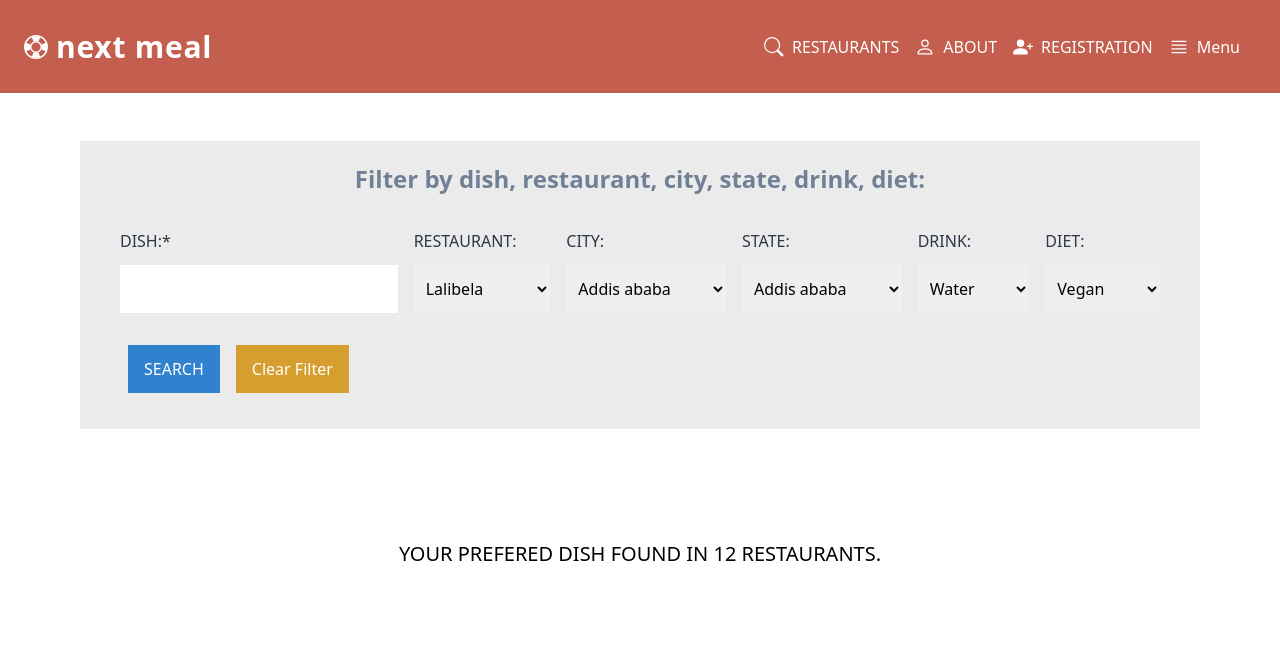
Repository: layzrd/nextmeal
Page: public/result.html
The author's editor kept a copy of each file at every save. The page is drawn from the files as they stood at one save, then again after the next save.
The browser window is 1280 px wide. The pictures show the part of the page from y = 0 to 649 px (the page is 1906 px tall).
Pictures or frames that could not be fetched are drawn as grey boxes. Some web libraries are served in a nearby version.

Above is the page before, as saved 2020-06-26 18:36:08.

After the next save:
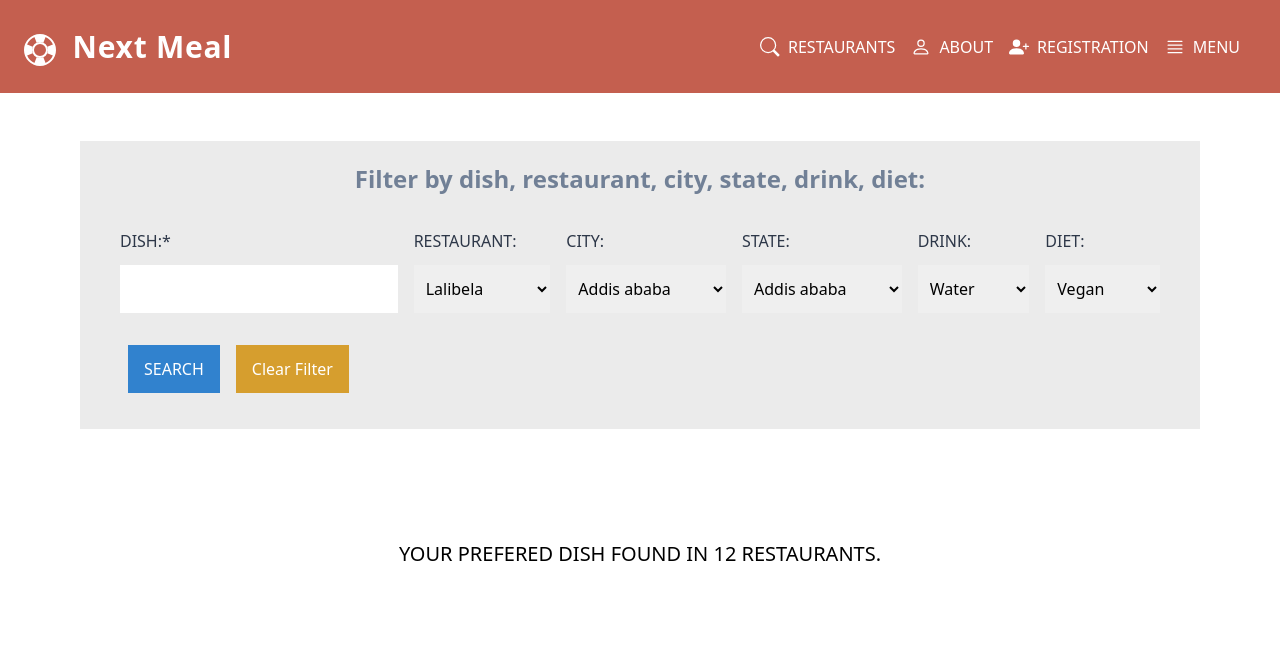
Saved 8 s later.
--- a/public/result.html
+++ b/public/result.html
@@ -13,13 +13,14 @@
       <header class="bg-prime">
         <nav class="flex items-center justify-center md:justify-start lg:justify-between flex-wrap p-6">
           <div class="flex items-center flex-shrink-0 text-white mr-6">
-            <svg class="h-6 w-6 mr-2" viewBox="0 0 16 16" fill="currentColor" xmlns="http://www.w3.org/2000/svg">
-              <path fill-rule="evenodd" d="M8 15A7 7 0 1 0 8 1a7 7 0 0 0 0 14zm0 1A8 8 0 1 0 8 0a8 8 0 0 0 0 16z" />
-              <path fill-rule="evenodd" d="M8 11a3 3 0 1 0 0-6 3 3 0 0 0 0 6zm0 1a4 4 0 1 0 0-8 4 4 0 0 0 0 8z" />
-              <path
-                d="M11.642 6.343L15 5v6l-3.358-1.343A3.99 3.99 0 0 0 12 8a3.99 3.99 0 0 0-.358-1.657zM9.657 4.358L11 1H5l1.343 3.358A3.985 3.985 0 0 1 8 4c.59 0 1.152.128 1.657.358zM4.358 6.343L1 5v6l3.358-1.343A3.985 3.985 0 0 1 4 8c0-.59.128-1.152.358-1.657zm1.985 5.299L5 15h6l-1.343-3.358A3.984 3.984 0 0 1 8 12a3.99 3.99 0 0 1-1.657-.358z" />
-            </svg>
-            <span class="font-semibold text-3xl lowercase tracking-wide">Next Meal</span>
+            <a href="index.html" class="font-semibold text-3xl capitalize tracking-wide">
+              <svg class="h-8 w-8 mr-2 inline-block" viewBox="0 0 16 16" fill="currentColor" xmlns="http://www.w3.org/2000/svg">
+                <path fill-rule="evenodd" d="M8 15A7 7 0 1 0 8 1a7 7 0 0 0 0 14zm0 1A8 8 0 1 0 8 0a8 8 0 0 0 0 16z" />
+                <path fill-rule="evenodd" d="M8 11a3 3 0 1 0 0-6 3 3 0 0 0 0 6zm0 1a4 4 0 1 0 0-8 4 4 0 0 0 0 8z" />
+                <path
+                  d="M11.642 6.343L15 5v6l-3.358-1.343A3.99 3.99 0 0 0 12 8a3.99 3.99 0 0 0-.358-1.657zM9.657 4.358L11 1H5l1.343 3.358A3.985 3.985 0 0 1 8 4c.59 0 1.152.128 1.657.358zM4.358 6.343L1 5v6l3.358-1.343A3.985 3.985 0 0 1 4 8c0-.59.128-1.152.358-1.657zm1.985 5.299L5 15h6l-1.343-3.358A3.984 3.984 0 0 1 8 12a3.99 3.99 0 0 1-1.657-.358z" />
+              </svg>
+              Next Meal</a>
           </div>
 
           <div
@@ -54,7 +55,7 @@
                   <path fill-rule="evenodd"
                     d="M2 12.5a.5.5 0 0 1 .5-.5h11a.5.5 0 0 1 0 1h-11a.5.5 0 0 1-.5-.5zm0-3a.5.5 0 0 1 .5-.5h11a.5.5 0 0 1 0 1h-11a.5.5 0 0 1-.5-.5zm0-3a.5.5 0 0 1 .5-.5h11a.5.5 0 0 1 0 1h-11a.5.5 0 0 1-.5-.5zm0-3a.5.5 0 0 1 .5-.5h11a.5.5 0 0 1 0 1h-11a.5.5 0 0 1-.5-.5z" />
                 </svg>
-                <span class="ml-2 hidden lg:inline">Menu</span>
+                <span class="ml-2 hidden lg:inline uppercase">Menu</span>
               </a>
             </div>
           </div>
